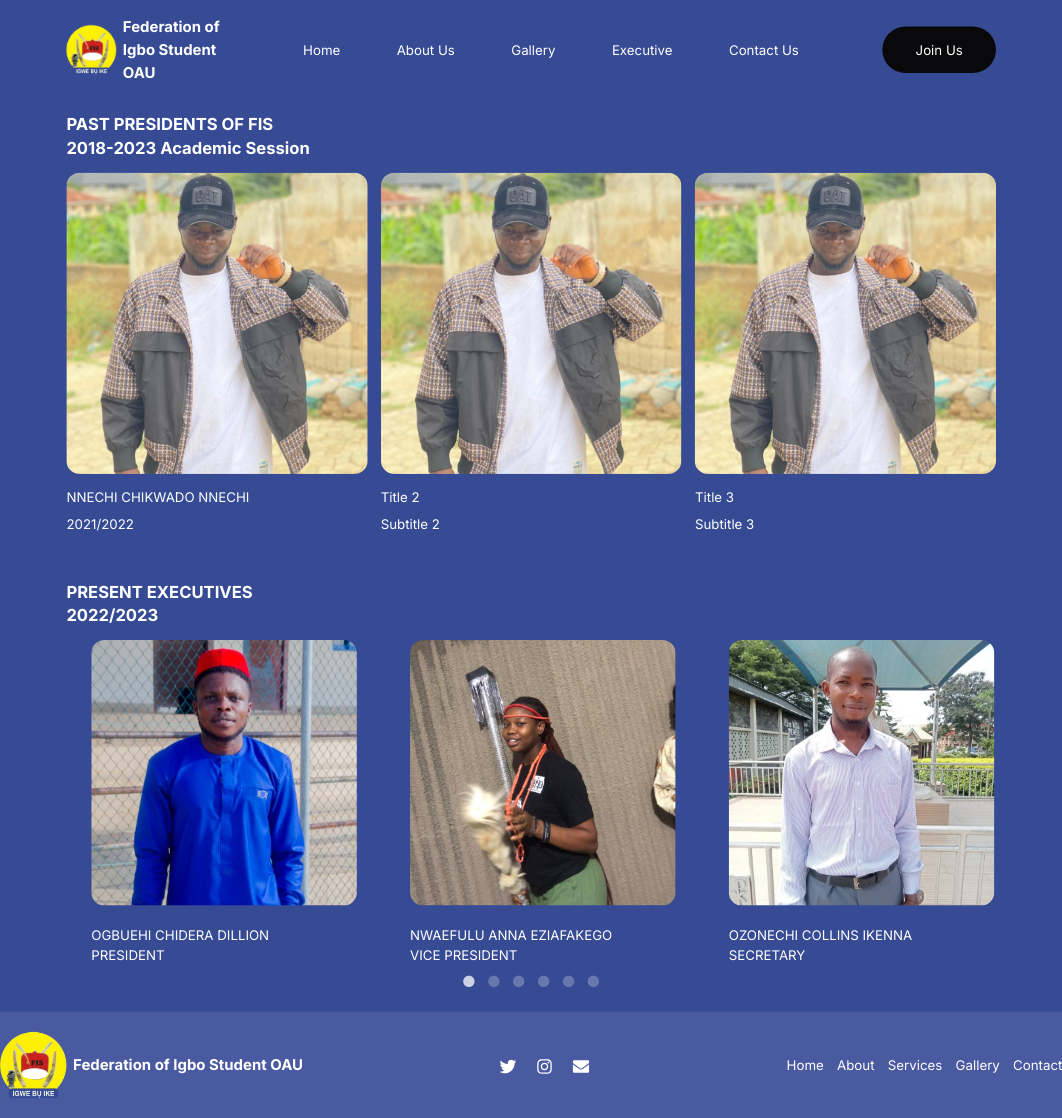
Repository: akinolapo/fis
Page: /executive
An editor plug-in stored every save of this project. The page is shown before and after a run of saves, followed by the edit.
The browser window is 1280 px wide. The pictures show the whole page, at 83% of full size.
The project was rebuilt for these pictures with package versions that can differ from the ones it lists, and the page was loaded fresh each time. The framework's server and built-in components were replaced by stand-ins that run in the browser. Also part of the build but not shown: next.config.mjs.

Above is the page before, as saved 2024-05-06 23:12:38.

After the next 6 saves:
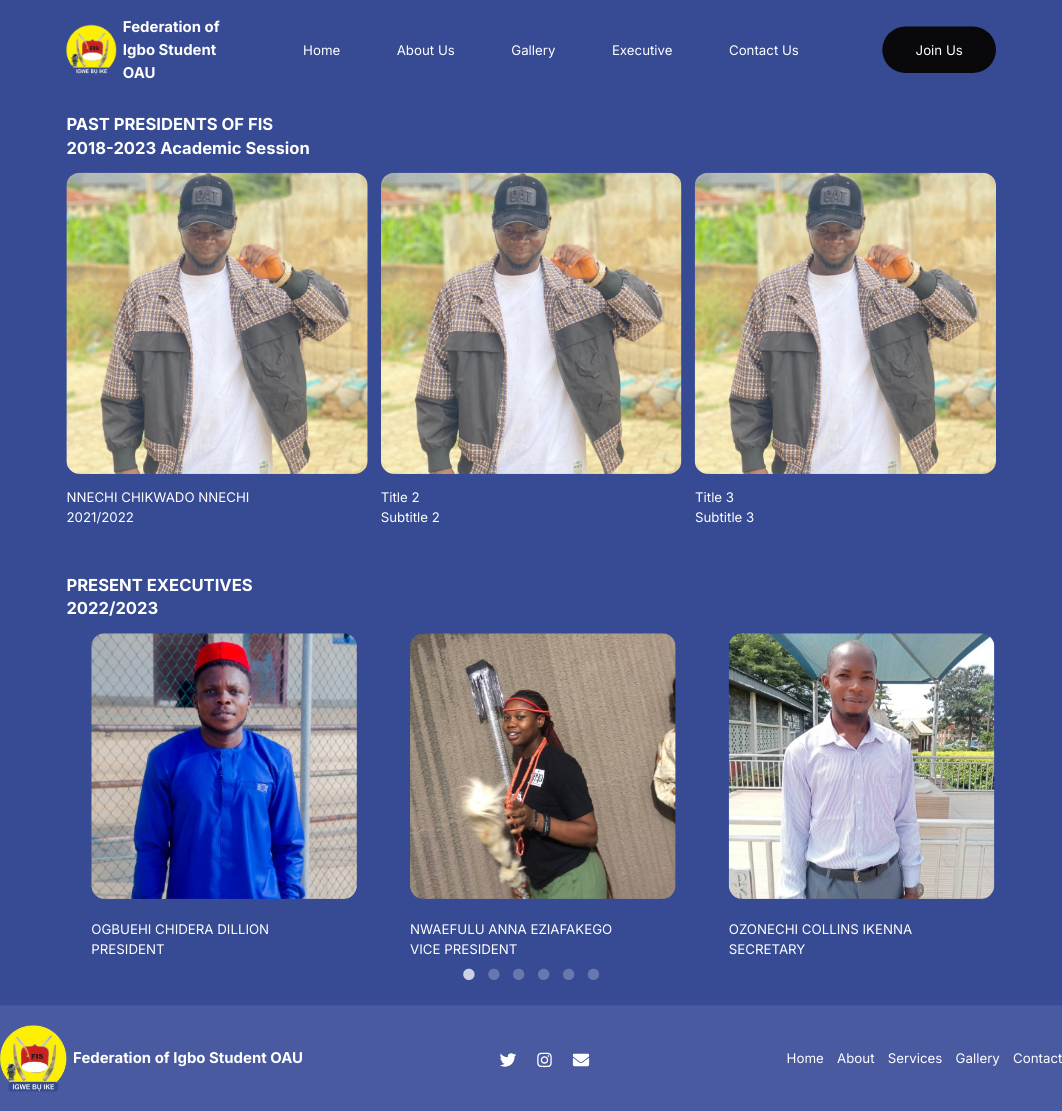
The 6 saves are shown as one change because 3 did not build or start and some came seconds apart.
The last was saved 27 s later.
--- a/app/components/ImageTitle/ImageWithTitle.tsx
+++ b/app/components/ImageTitle/ImageWithTitle.tsx
@@ -11,8 +11,8 @@ const ImageWithTitle: React.FC<ImageWithTitleProps> = ({ imageSrc, title, subtit
   return (
     <div className="mb-6 md:w-1/2 lg:w-1/3">
       <Image src={imageSrc} alt={title} className="w-full h-auto mb-4 rounded-2xl" width={320} height={320} />
-      <p className="mb-2">{title}</p>
-      <p className="">{subtitle}</p>
+      <h5>{title}</h5>
+      <p>{subtitle}</p>
     </div>
   );
 };
